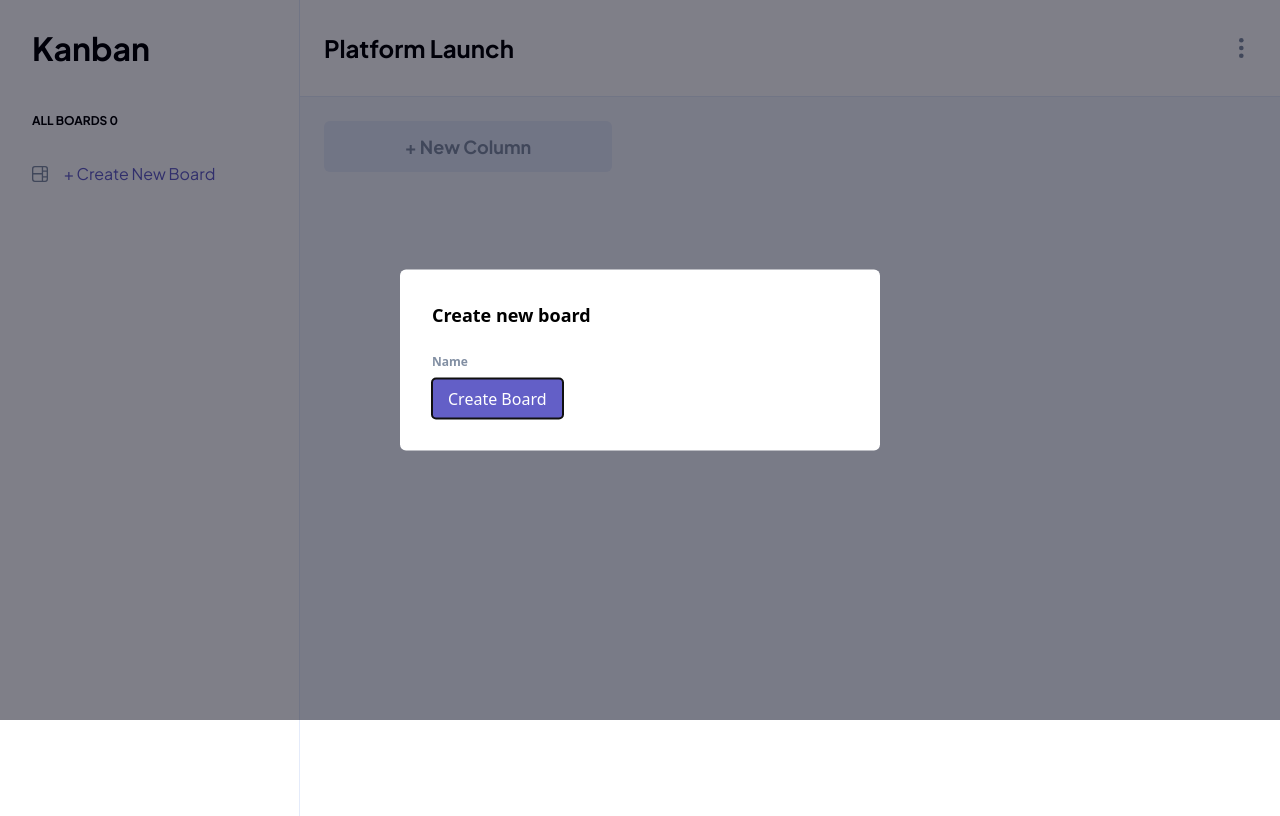
Repository: Baraajad231/Kanban-Board
Page: /, after clicking the first element matching `button.w-full`
An editor plug-in stored every save of this project. The page is shown before and after the next save, followed by the edit.
The browser window is 1280 px wide. The pictures show the whole page.
The project was rebuilt for these pictures with package versions that can differ from the ones it lists, and the page was loaded fresh each time. Also part of the build but not shown: vite.config.js, src/components/Card.jsx, src/components/Column.jsx.

Above is the page before, as saved 2026-03-25 17:59:58.

After the next save:
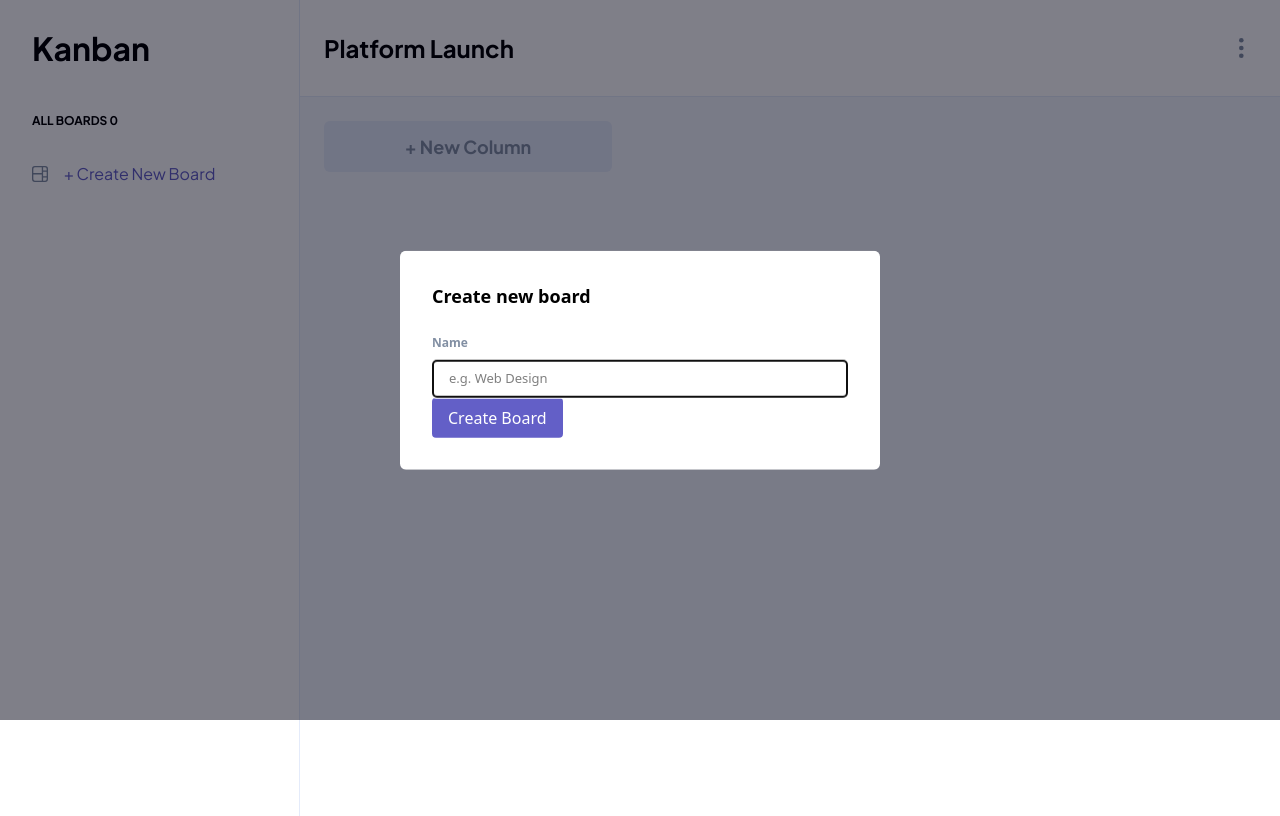
Saved 44 s later.
--- a/src/components/AddNewBoardForm.jsx
+++ b/src/components/AddNewBoardForm.jsx
@@ -1,8 +1,11 @@
+import TextField from "./TextField";
+
 const AddNewBoardForm = () => {
   return (
     <form>
       <div>
         <h3 className="text-body-m text-medium-grey pt-6 pb-2">Name </h3>
+        <TextField placeholder="e.g. Web Design" name></TextField>
       </div>
       <button className="bg-main-purple rounded px-4 py-2 text-white">
         Create Board
